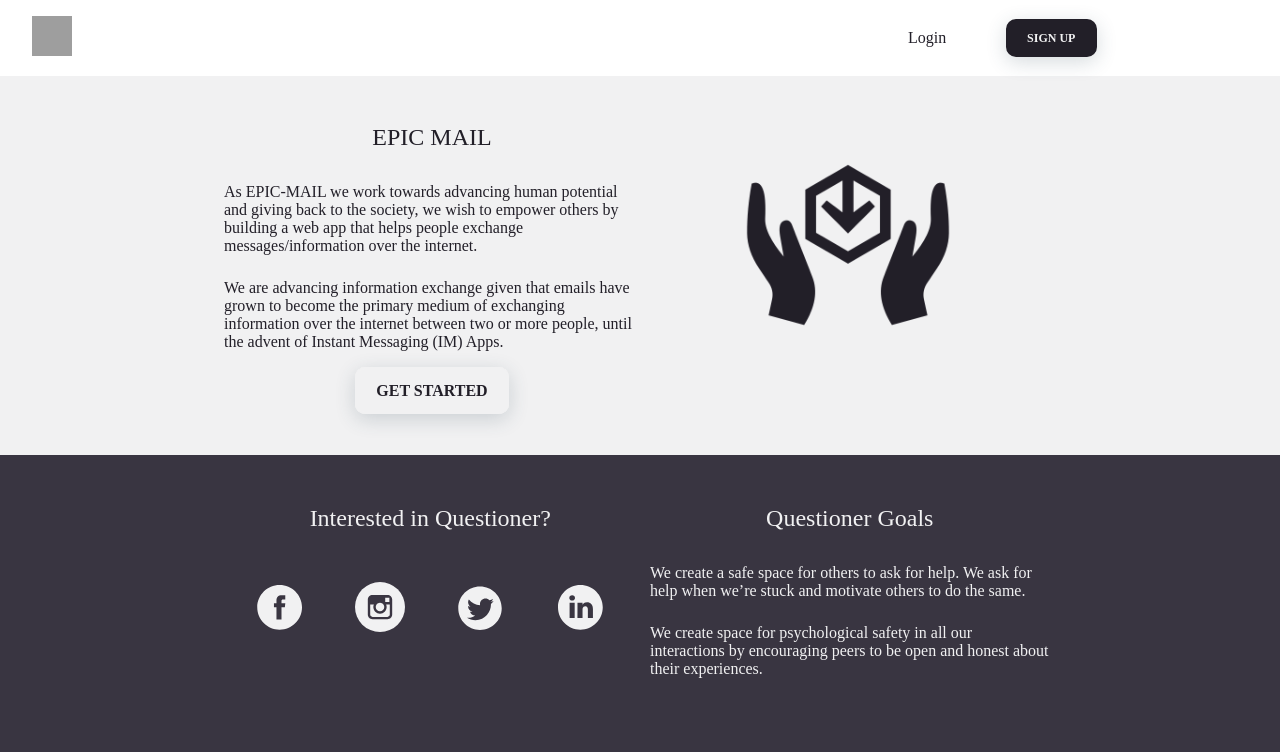
Repository: Gfreedoms/Epic-Mail
Page: index.html
These files come from the project's save history. The page is drawn as it stood at one moment and after the next save; the edit follows.
The browser window is 1280 px wide. The pictures show the whole page.
Pictures or frames that could not be fetched are drawn as grey boxes. Some web fonts or font styles are not loaded; a fallback is used.

Above is the page before, as saved 2019-02-25 09:15:28.

After the next save:
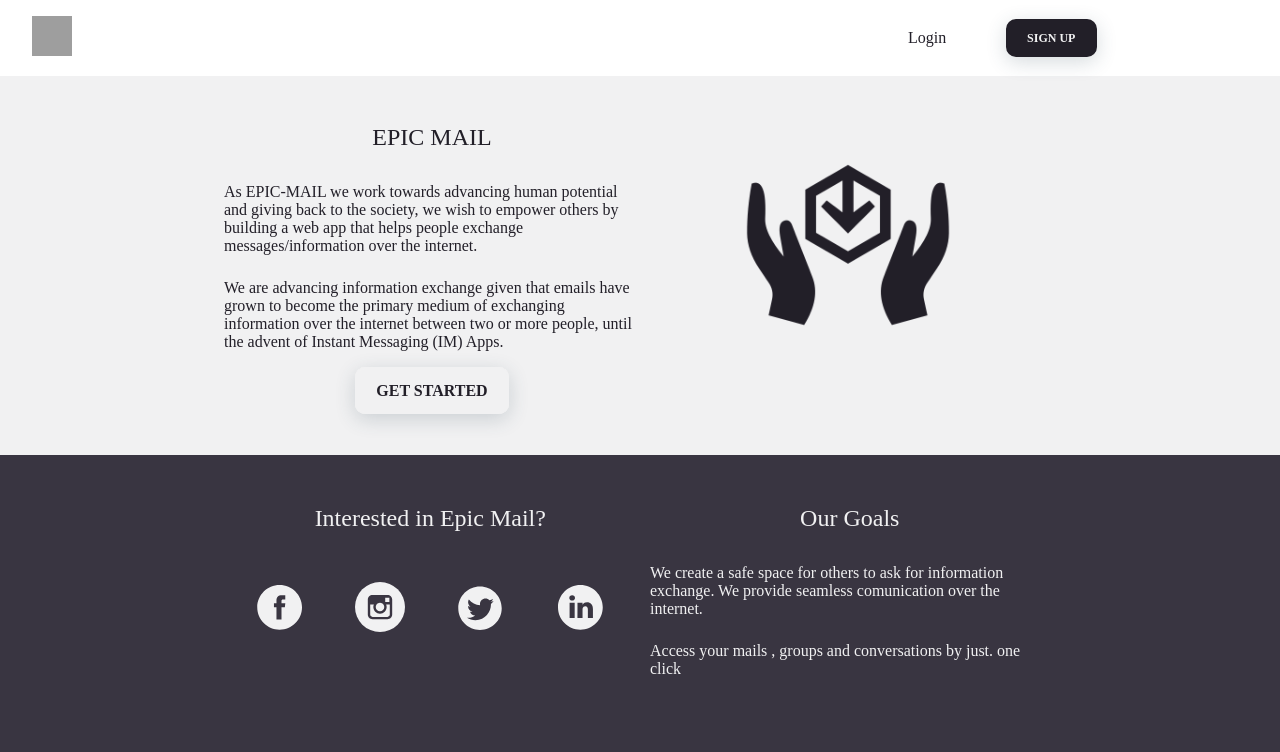
Saved 19 min 37 s later.
--- a/index.html
+++ b/index.html
@@ -73,7 +73,7 @@
 	<footer class="bg-secondary">
 		<div class="container">
 			<div class="info-about">
-				<h3 class="md-text">Interested in Questioner?</h3>
+				<h3 class="md-text">Interested in Epic Mail?</h3>
 				<div class="social-links">
 					<a href="#!"><img src="./assets/imgs/icons/facebook.svg" alt=""></a>
 					<a href="#!"><img src="./assets/imgs/icons/instagram.svg" alt=""></a>
@@ -82,14 +82,14 @@
 				</div>
 			</div>
 			<div class="additional-info">
-				<h3 class="md-text">Questioner Goals</h3>
+				<h3 class="md-text">Our Goals</h3>
 				<p class="sm-text">
-					We create a safe space for others to ask for help.
-					We ask for help when we’re stuck and motivate others to do the same.
+					We create a safe space for others to ask for information exchange.
+					We provide seamless comunication over the internet.
 				</p>
 				<p class="sm-text">
-					We create space for psychological safety in all our interactions by encouraging peers to be open and honest about
-					their experiences.
+					Access your mails , groups and conversations by just.
+					one click
 				</p>
 			</div>
 		</div>
